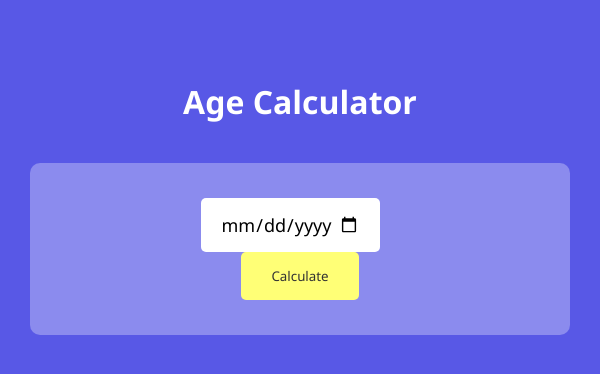
Repository: Thamayanthi-Narayanan/Age-Calculator
Page: index.html
These files come from the project's save history. The page is drawn as it stood at one moment and after the next save; the edit follows.
The browser window is 600 px wide. The pictures show the whole page.

Above is the page before, as saved 2025-05-23 15:11:43.

After the next save:
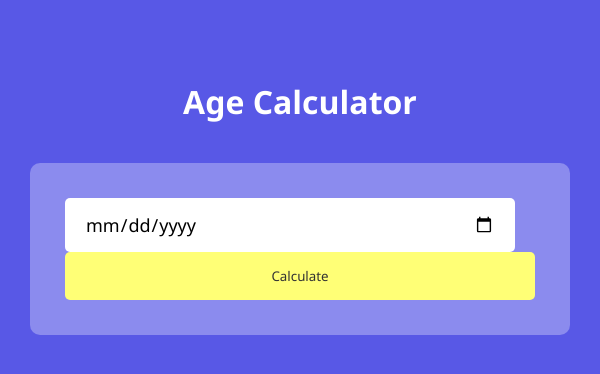
Saved 12 s later.
--- a/style.css
+++ b/style.css
@@ -82,6 +82,6 @@
     }
     .input-box{
         flex-direction: column;
-
+        align-items: stretch;
     }
 }
